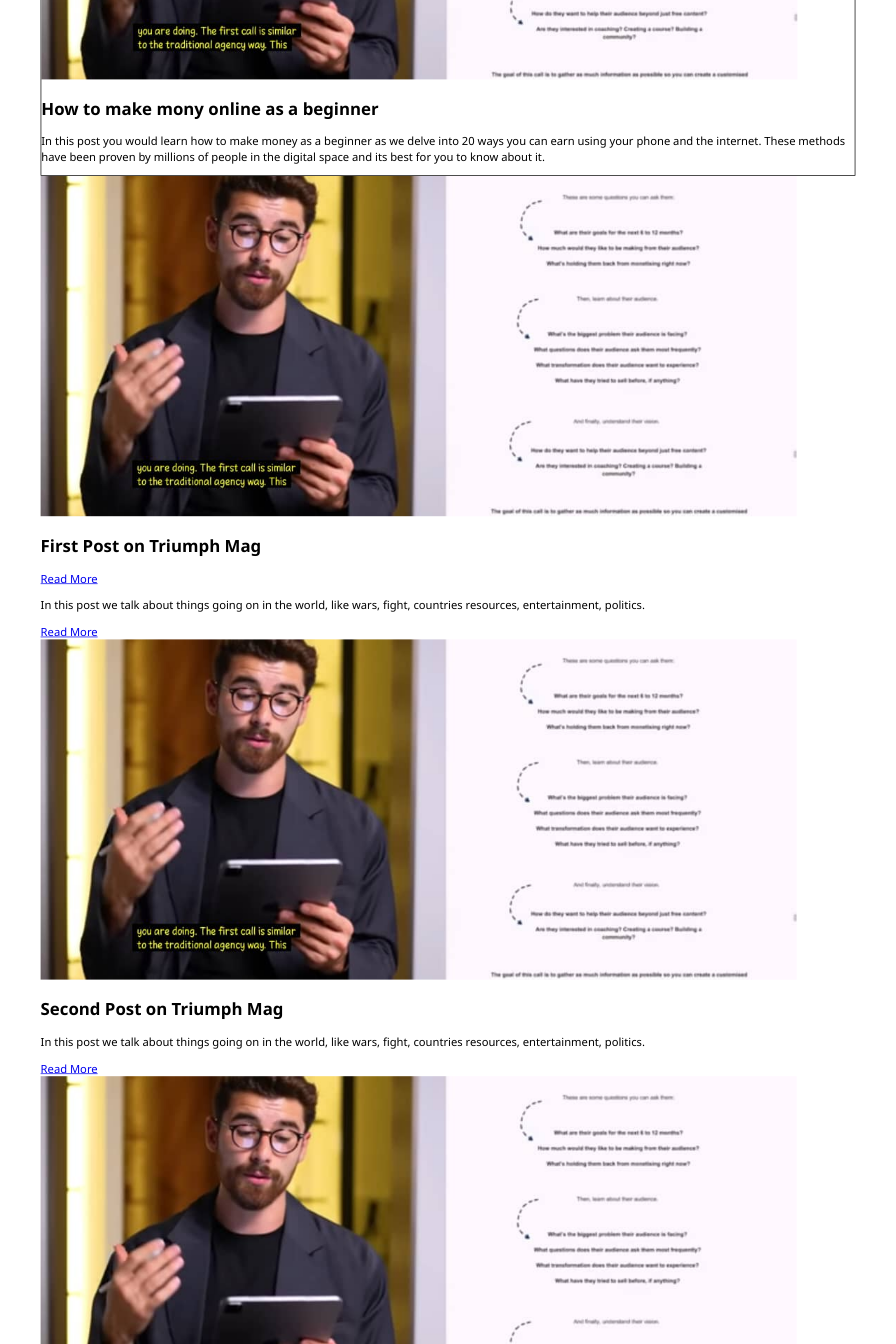
Repository: zikcolle/Triumph-Blog
Page: index.html
An editor plug-in stored every save of this project. The page is shown before and after a run of saves, followed by the edit.
The browser window is 1280 px wide. The pictures show the part of the page from y = 579 to 2499 px (the page is 5422 px tall before and 5444 px after), at 70% of full size.

Above is the page before, as saved 2026-06-21 14:28:06.

After the next 3 saves:
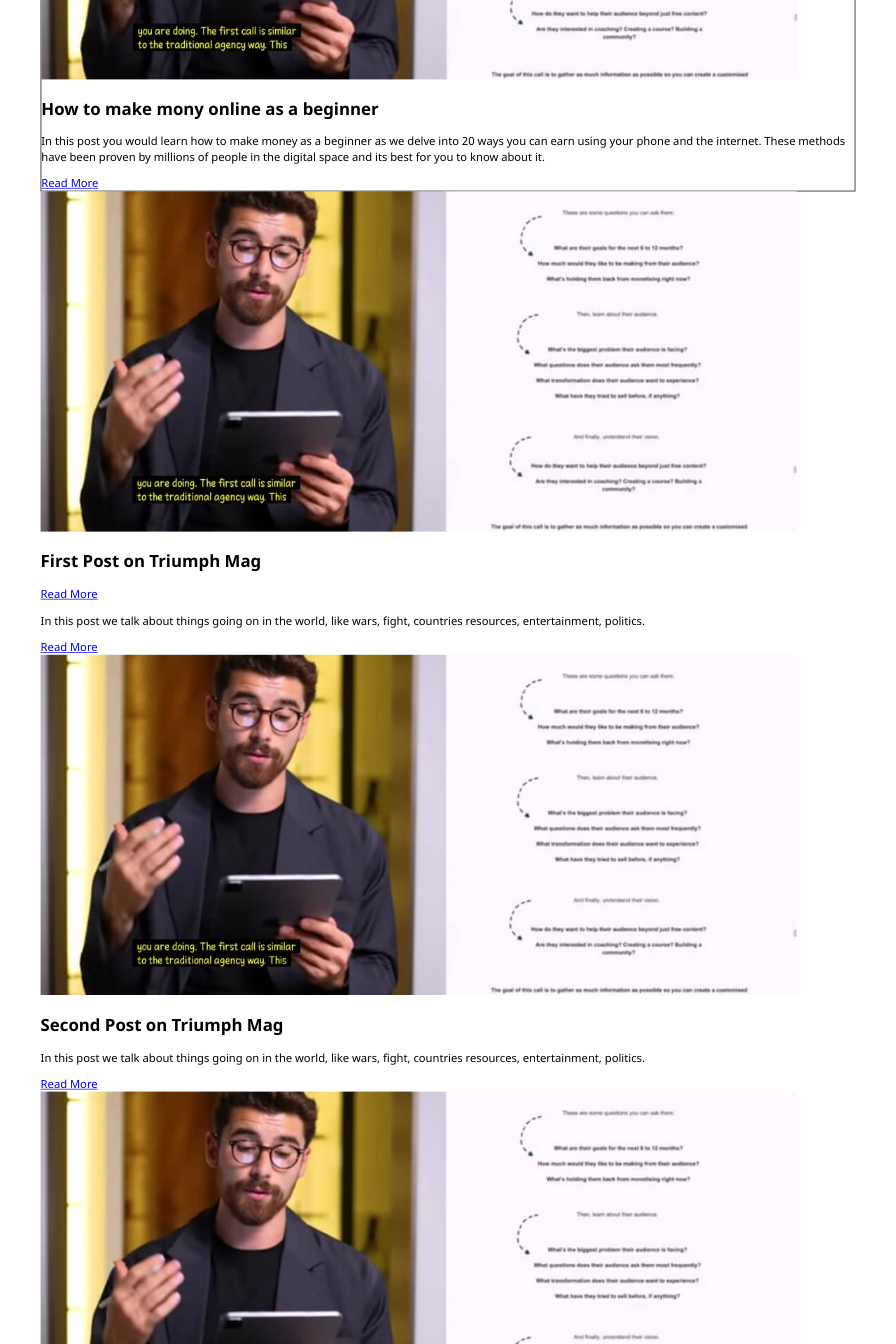
The 3 saves are shown as one change because they came seconds apart.
The last was saved 67 s later.
--- a/index.html
+++ b/index.html
@@ -29,6 +29,7 @@
                 <p>In this post you would learn how to make money as a beginner as we delve into 20 ways you can earn
                     using your phone and the internet. These methods have been proven by millions of people in the
                     digital space and its best for you to know about it.</p>
+                <a href="#" class="read-more">Read More</a>
             </div>
         </section>
 
